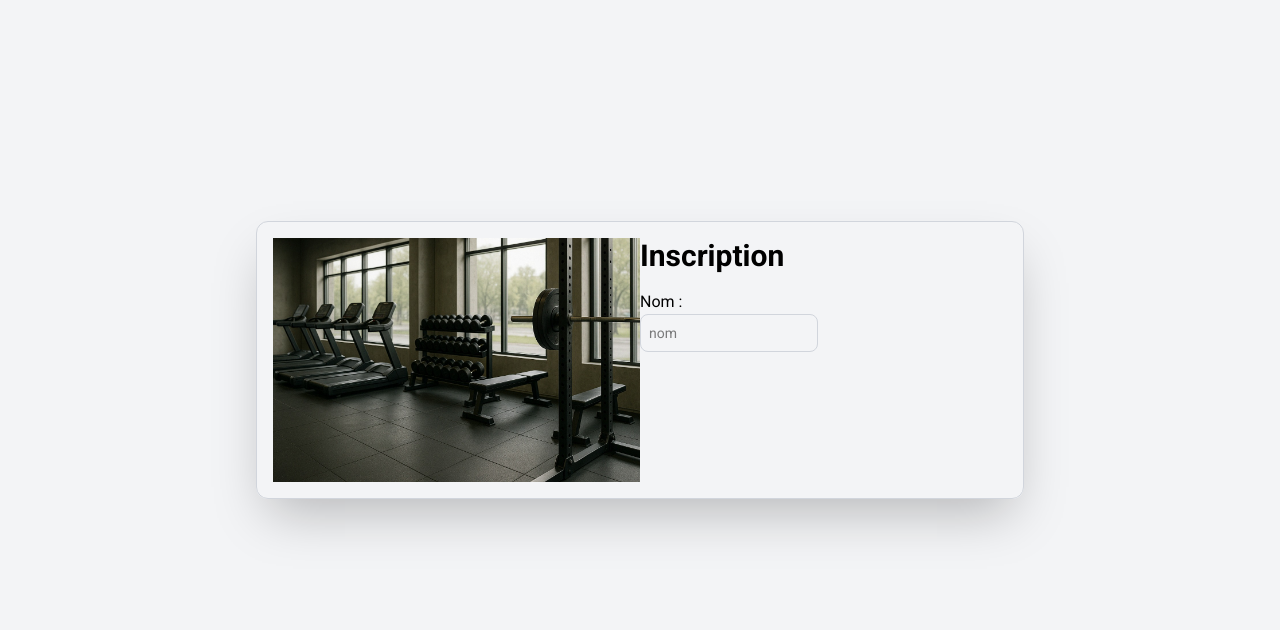
Repository: fahchouchsm/clubSportifWeb
Page: src/pages/inscription.html
An editor plug-in stored every save of this project. The page is shown before and after the next save, followed by the edit.
The browser window is 1280 px wide. The pictures show the whole page.

Above is the page before, as saved 2025-04-16 18:17:27.

After the next save:
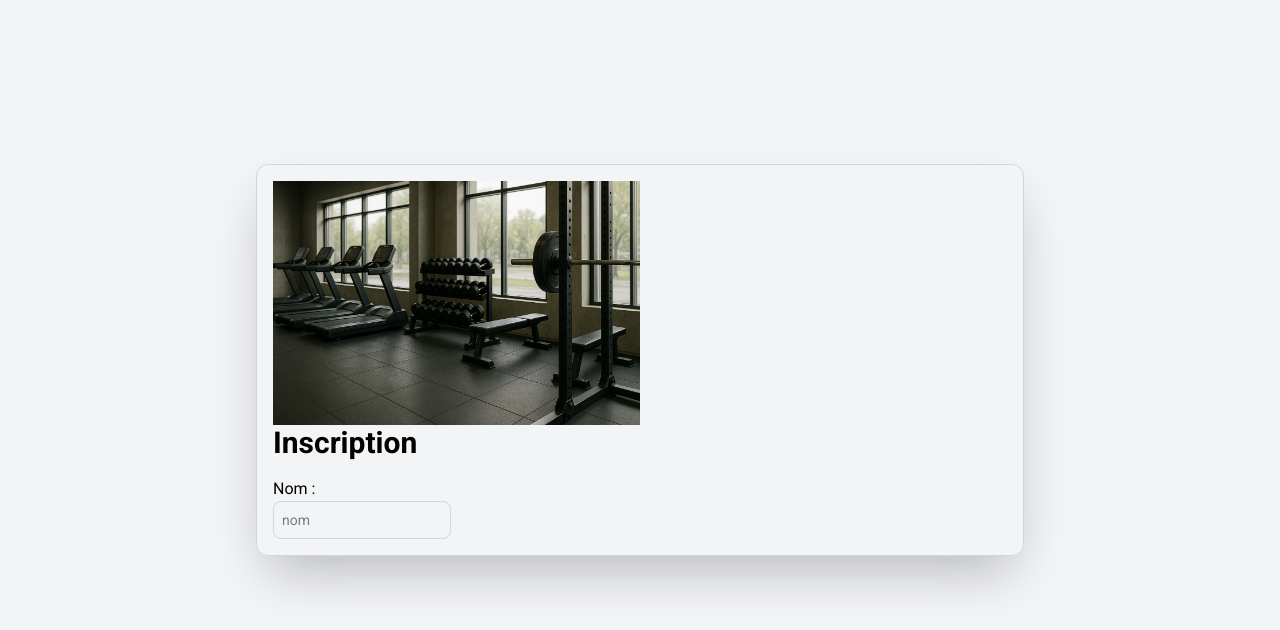
Saved 4 min 39 s later.
--- a/src/pages/inscription.html
+++ b/src/pages/inscription.html
@@ -10,7 +10,7 @@
   <body>
     <div class="flex h-screen w-screen items-center justify-center bg-gray-100">
       <main
-        class="mx-auto flex max-w-3xl gap-10 rounded-xl border border-gray-300 p-4 shadow-2xl"
+        class="mx-auto flex max-w-3xl flex-col gap-10 rounded-xl border border-gray-300 p-4 shadow-2xl"
       >
         <img
           src="../../public/imgs/salleInterieur.jpeg"
